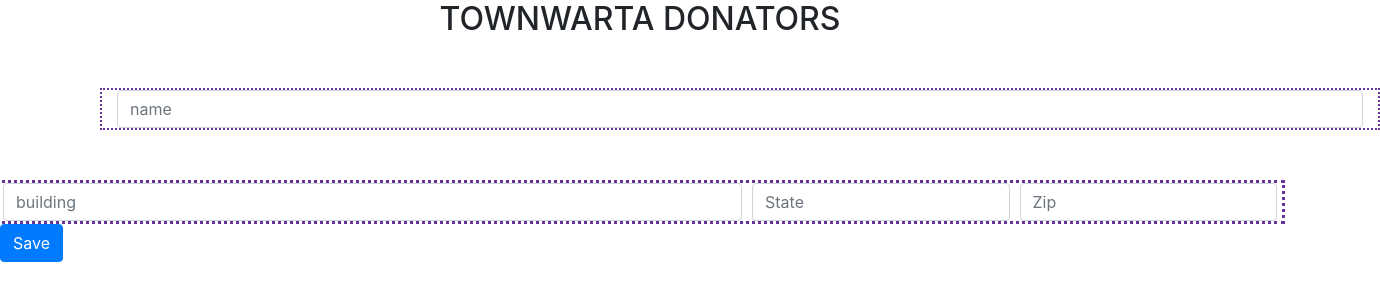
Repository: shivanand1988-28-06/townwarta
Page: http://localhost/donator/donator
These files come from the project's save history. The page is drawn as it stood at one moment and after the next save; the edit follows.
The browser window is 1280 px wide. The page is 1380 px wide, so the pictures cover 1380 px, including what lies to the right of the window. The pictures show the whole page.
The page is served by the project's Node server (Townwarta.js).

Above is the page before, as saved 2022-08-30 22:16:18.

After the next save:
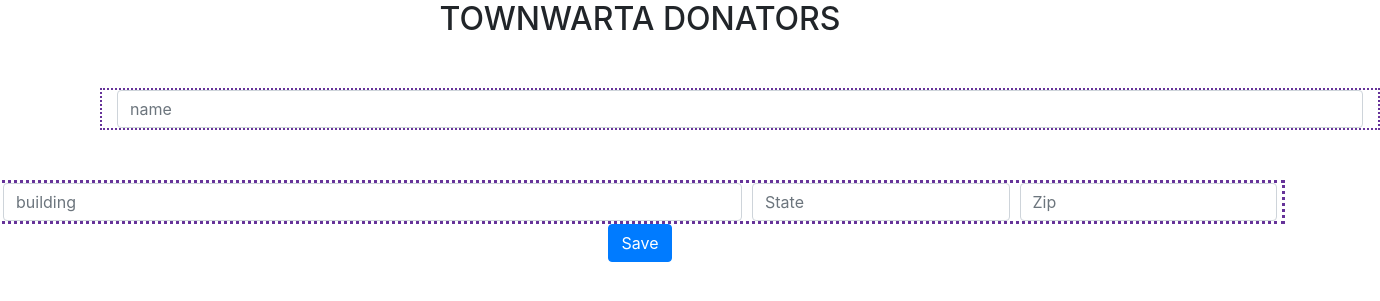
Saved 23 s later.
--- a/views/articles/donator.ejs
+++ b/views/articles/donator.ejs
@@ -27,7 +27,7 @@
           </div>
 
         </div>
-        <div >
+        <div style = "text-align: center;">
             <button type="submit" class="btn btn-primary">Save</button>
         </div>
       </form>
